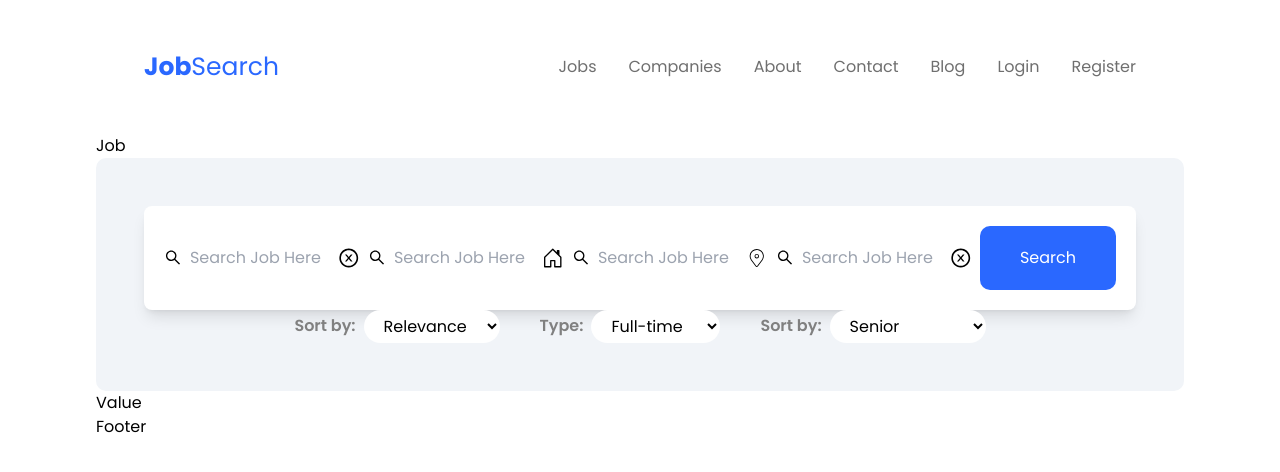
Repository: countaustin1990/Job-Search-website
Page: / (app in vite-project/)
These files come from the project's save history. The page is drawn as it stood at one moment and after the next save; the edit follows.
The browser window is 1280 px wide. The pictures show the whole page.
The project was rebuilt for these pictures with package versions that can differ from the ones it lists, and the page was loaded fresh each time. Also part of the build but not shown: vite-project/vite.config.js.

Above is the page before, as saved 2023-08-12 18:03:02.

### vite-project/index.html
<!doctype html>
<html lang="en">
  <head>
    <meta charset="UTF-8" />
    <link rel="icon" type="image/svg+xml" href="/vite.svg" />
    <meta name="viewport" content="width=device-width, initial-scale=1.0" />
    <title>Vite + React</title>
  </head>
  <body>
    <div id="root"></div>
    <script type="module" src="/src/main.jsx"></script>
  </body>
</html>

### vite-project/src/App.jsx
import NavBar from './components/NavBar'
import Job from './components/Job'
import Value from './components/Value'
import Search from './components/Search'
import Footer from './components/Footer'

const App = () => {
  return(
    <div className='w-[85%] m-auto bg-white'>
      <NavBar/>
      <Job/>
      <Search/>
      <Value/>
      <Footer/>
    </div>
  )
}



export default App

### vite-project/src/index.css
@import url("https://fonts.googleapis.com/css2?family=Poppins:wght@200;300;400;500;600;700;800;900&display=swap");

@tailwind base;
@tailwind components;
@tailwind utilities;

:root{
  font-family: 'Poppins', sans-serif;
}

body{
  background: white;
}

li{
  list-style: none;
  cursor: pointer;
  position: relative;
}

li:hover::before{
  position: absolute;
  content: '';
  height: 4px;
  width: 100%;
  background: #2a68ff;
  right: 0;
  bottom: -10px;
  color: #2a68ff;
}

.icon{
  cursor: pointer;
}

.card{
  background: #000;
}

### vite-project/src/components/NavBar.jsx


const NavBar = () => {
    return(
        <div className='navBar flex justify-between items-center p-[3rem]'>
            <div className="logoDiv">
                <h1 className='logo text-[25px] text-blueColor'>
                    <strong>Job</strong>Search
                </h1>
            </div>

            <div className="menu flex gap-8">
                <li className="menuList text-[#6f6f6f] hover:text-blueColor">Jobs</li>
                <li className="menuList text-[#6f6f6f] hover:text-blueColor">Companies</li>
                <li className="menuList text-[#6f6f6f] hover:text-blueColor">About</li>
                <li className="menuList text-[#6f6f6f] hover:text-blueColor">Contact</li>
                <li className="menuList text-[#6f6f6f] hover:text-blueColor">Blog</li>
                <li className="menuList text-[#6f6f6f] hover:text-blueColor">Login</li>
                <li className="menuList text-[#6f6f6f] hover:text-blueColor">Register</li>
            </div>

        </div>
    )
}

export default NavBar

### vite-project/src/components/Job.jsx


 const Job = () => {
    return(
        <div>Job</div>
    )
 }

 export default Job

### vite-project/src/components/Value.jsx


const Value = () => {
    return(
        <div>Value</div>
    )
}

export default Value

### vite-project/src/components/Search.jsx
import { AiOutlineCloseCircle, AiOutlineSearch,  } from 'react-icons/ai'
import { BsHouseDoor } from 'react-icons/bs'
import { CiLocationOn } from 'react-icons/ci'


const Search = () => {
    return(
        <div className='SearchDiv grid gp-10 bg-greyIsh rounded-[10px] p-[3rem]'>
            <form action=''>
                <div className='firstDiv flex justified-between items-center rounded-[8px] gap-[10px] bg-white p-5 shadow-lg shadow-greyIsh-700'>
                    <div className='flex gap-2 items-center'>
                       <div className="flex gap-2 items-center">
                            <AiOutlineSearch className='text-[25px] icon'/>
                                <input type="text" className='bg-transparent text-blue-500 focus:outline-none w-[100%]' placeholder='Search Job Here'/>
                                    <AiOutlineCloseCircle className='text-[30px] text-[#a5a6a6 hover:text-textColor icon'/>
                        </div>


                       <div className="flex gap-2 items-center">
                            <AiOutlineSearch className='text-[25px] icon'/>
                                <input type="text" className='bg-transparent text-blue-500 focus:outline-none w-[100%]' placeholder='Search Job Here'/>
                                    <BsHouseDoor className='text-[30px] text-[#a5a6a6 hover:text-textColor icon'/>
                        </div>

                        <div className="flex gap-2 items-center">
                            <AiOutlineSearch className='text-[25px] icon'/>
                                <input type="text" className='bg-transparent text-blue-500 focus:outline-none w-[100%]' placeholder='Search Job Here'/>
                                    <CiLocationOn className='text-[30px] text-[#a5a6a6 hover:text-textColor icon'/>
                        </div>

                        <div className="flex gap-2 items-center">
                            <AiOutlineSearch className='text-[25px] icon'/>
                                <input type="text" className='bg-transparent text-blue-500 focus:outline-none w-[100%]' placeholder='Search Job Here'/>
                                    <AiOutlineCloseCircle className='text-[30px] text-[#a5a6a6 hover:text-textColor icon'/>
                        </div>

                        <button className='bg-blueColor h-full p-5 px-10 rounded-[10px] text-white cursor-pointer hover:bg-blue-300'>
                            Search
                        </button>
                    </div>
                </div>
            </form>

            <div className='secDiv flex items-center gap-10 justify-center'>
                <div className='singleSearch flex items-center gap-2'>
                    <label htmlFor='relevance' className='text-[#808080] font-semibold'>
                        Sort by:
                    </label>

                    <select name='' id='relevance' className='bg-white rounded-[34px] px-4 py-1'>
                        <option value=''>Relevance</option>
                        <option value=''>Inclusive</option>
                        <option value=''>Start with</option>
                        <option value=''>Contains</option>
                    </select>
                </div>

                <div className='singleSearch flex items-center gap-2'>
                    <label htmlFor='level' className='text-[#808080] font-semibold'>
                        Type:
                    </label>

                    <select name='' id='relevance' className='bg-white rounded-[34px] px-4 py-1'>
                        <option value=''>Full-time</option>
                        <option value=''>Remote</option>
                        <option value=''>Contract</option>
                        <option value=''>Part-time</option>
                    </select>
                </div>

                <div className='singleSearch flex items-center gap-2'>
                    <label htmlFor='level' className='text-[#808080] font-semibold'>
                        Sort by:
                    </label>

                    <select name='' id='relevance' className='bg-white rounded-[34px] px-4 py-1'>
                        <option value=''>Senior</option>
                        <option value=''>Intermediate</option>
                        <option value=''>Beginner</option>
                        <option value=''>Advocate</option>
                    </select>
                </div>
            </div>
        </div>
    )
}

export default Search

### vite-project/src/components/Footer.jsx


const Footer = () => {
    return(
        <div>Footer</div>
    )
}

export default Footer

### vite-project/tailwind.config.js
/** @type {import('tailwind').Config} */
export default {
  content: [
    "./index.html",
    "./src/**/*.{js,jsx}",
  ],
  theme: {
    extend: {
      colors: {
      'blueColor': '#2a68ff',
      'greyIsh': '#f1f4f8',
      'cardShadow': '#f7f8f9',
      'textColor': '#252b36',
      }
    },
  },
  plugins: [],
}

Loaded but not shown: vite-project/src/main.jsx (common file)

After the next save:
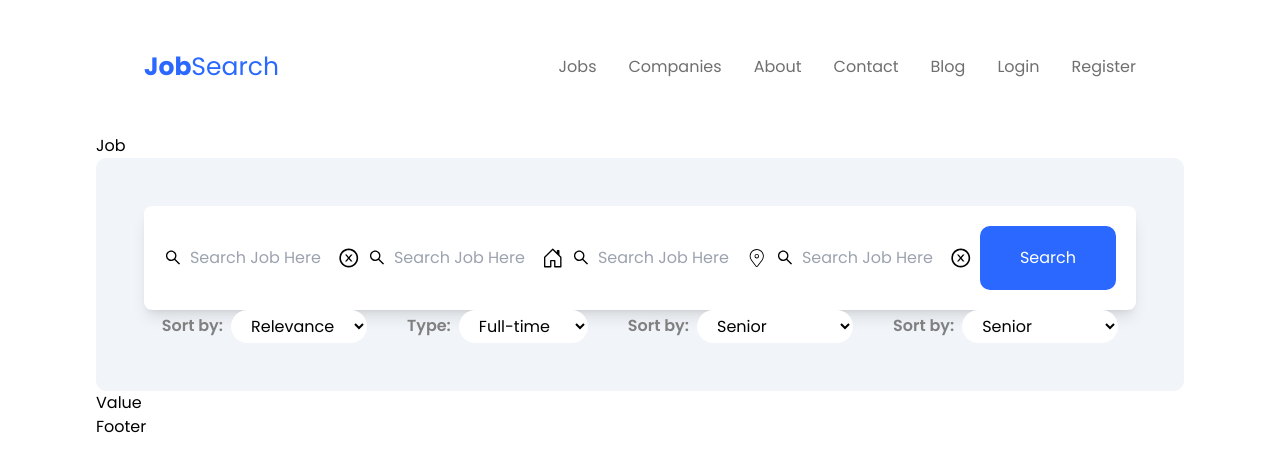
Saved 46 s later.
--- a/vite-project/src/components/Search.jsx
+++ b/vite-project/src/components/Search.jsx
@@ -80,6 +80,19 @@
                         <option value=''>Advocate</option>
                     </select>
                 </div>
+
+                <div className='singleSearch flex items-center gap-2'>
+                    <label htmlFor='level' className='text-[#808080] font-semibold'>
+                        Sort by:
+                    </label>
+
+                    <select name='' id='relevance' className='bg-white rounded-[34px] px-4 py-1'>
+                        <option value=''>Senior</option>
+                        <option value=''>Intermediate</option>
+                        <option value=''>Beginner</option>
+                        <option value=''>Advocate</option>
+                    </select>
+                </div>
             </div>
         </div>
     )

After the save that followed:
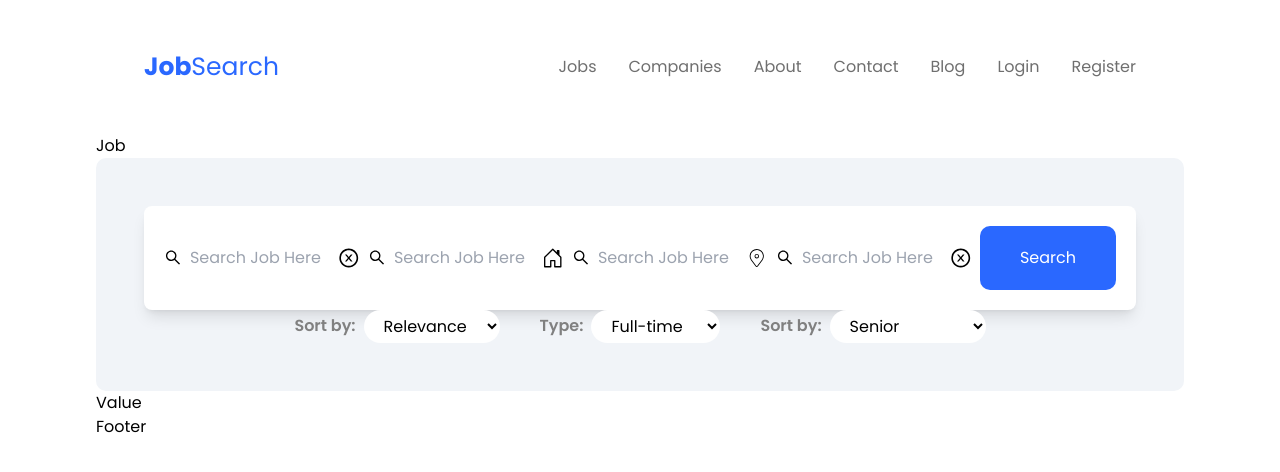
Saved 7 min 20 s later.
--- a/vite-project/src/components/Search.jsx
+++ b/vite-project/src/components/Search.jsx
@@ -56,11 +56,11 @@
                 </div>
 
                 <div className='singleSearch flex items-center gap-2'>
-                    <label htmlFor='level' className='text-[#808080] font-semibold'>
+                    <label htmlFor='type' className='text-[#808080] font-semibold'>
                         Type:
                     </label>
 
-                    <select name='' id='relevance' className='bg-white rounded-[34px] px-4 py-1'>
+                    <select name='' id='type' className='bg-white rounded-[34px] px-4 py-1'>
                         <option value=''>Full-time</option>
                         <option value=''>Remote</option>
                         <option value=''>Contract</option>
@@ -73,7 +73,7 @@
                         Sort by:
                     </label>
 
-                    <select name='' id='relevance' className='bg-white rounded-[34px] px-4 py-1'>
+                    <select name='' id='level' className='bg-white rounded-[34px] px-4 py-1'>
                         <option value=''>Senior</option>
                         <option value=''>Intermediate</option>
                         <option value=''>Beginner</option>
@@ -81,18 +81,7 @@
                     </select>
                 </div>
 
-                <div className='singleSearch flex items-center gap-2'>
-                    <label htmlFor='level' className='text-[#808080] font-semibold'>
-                        Sort by:
-                    </label>
 
-                    <select name='' id='relevance' className='bg-white rounded-[34px] px-4 py-1'>
-                        <option value=''>Senior</option>
-                        <option value=''>Intermediate</option>
-                        <option value=''>Beginner</option>
-                        <option value=''>Advocate</option>
-                    </select>
-                </div>
             </div>
         </div>
     )
